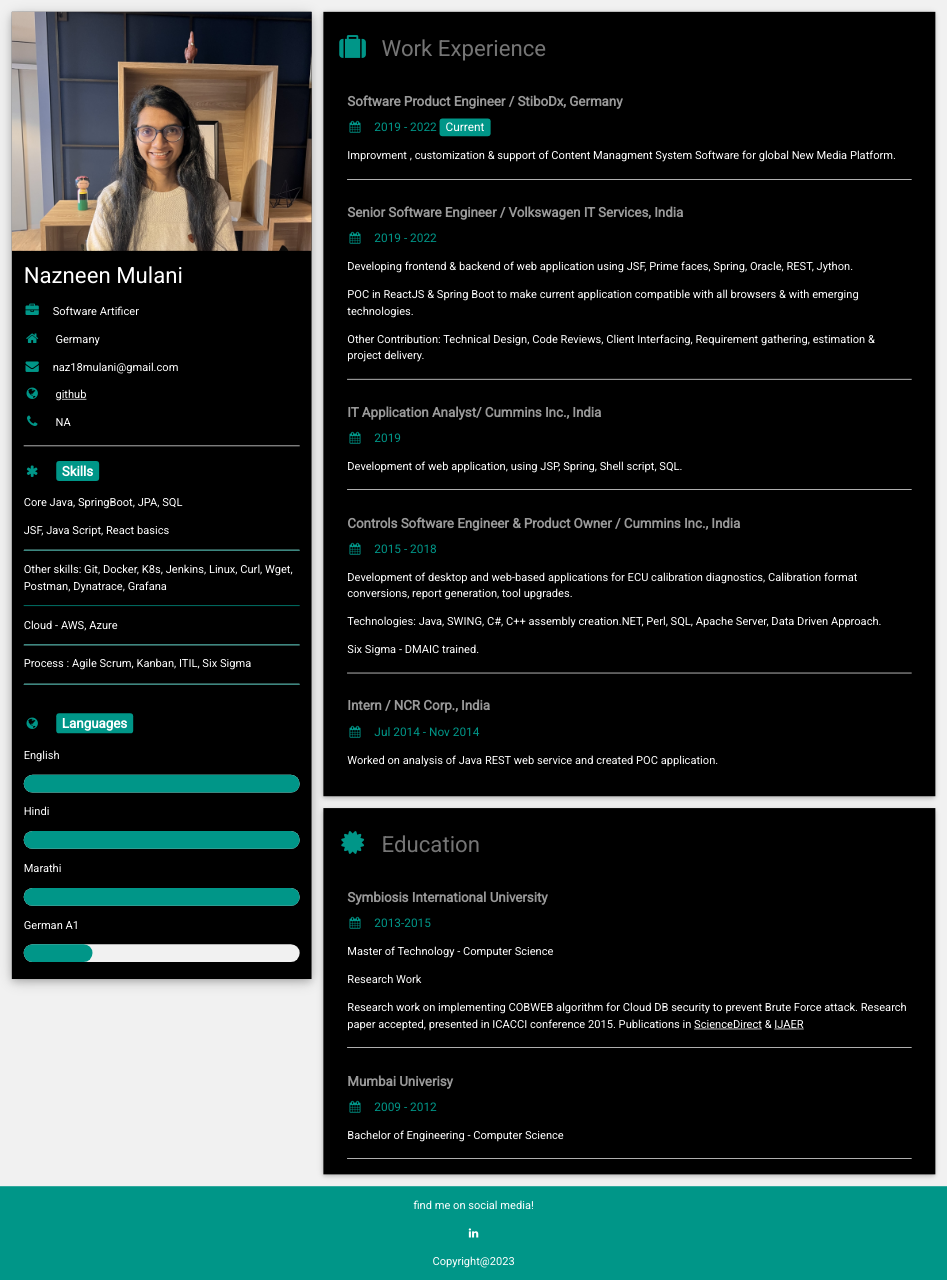
Repository: nazneenprojects/nazneen.github.io
Page: index.html
An editor plug-in stored every save of this project. The page is shown before and after the next save, followed by the edit.
The browser window is 1280 px wide. The pictures show the whole page, at 74% of full size.

Above is the page before, as saved 2023-07-09 11:46:13.

After the next save:
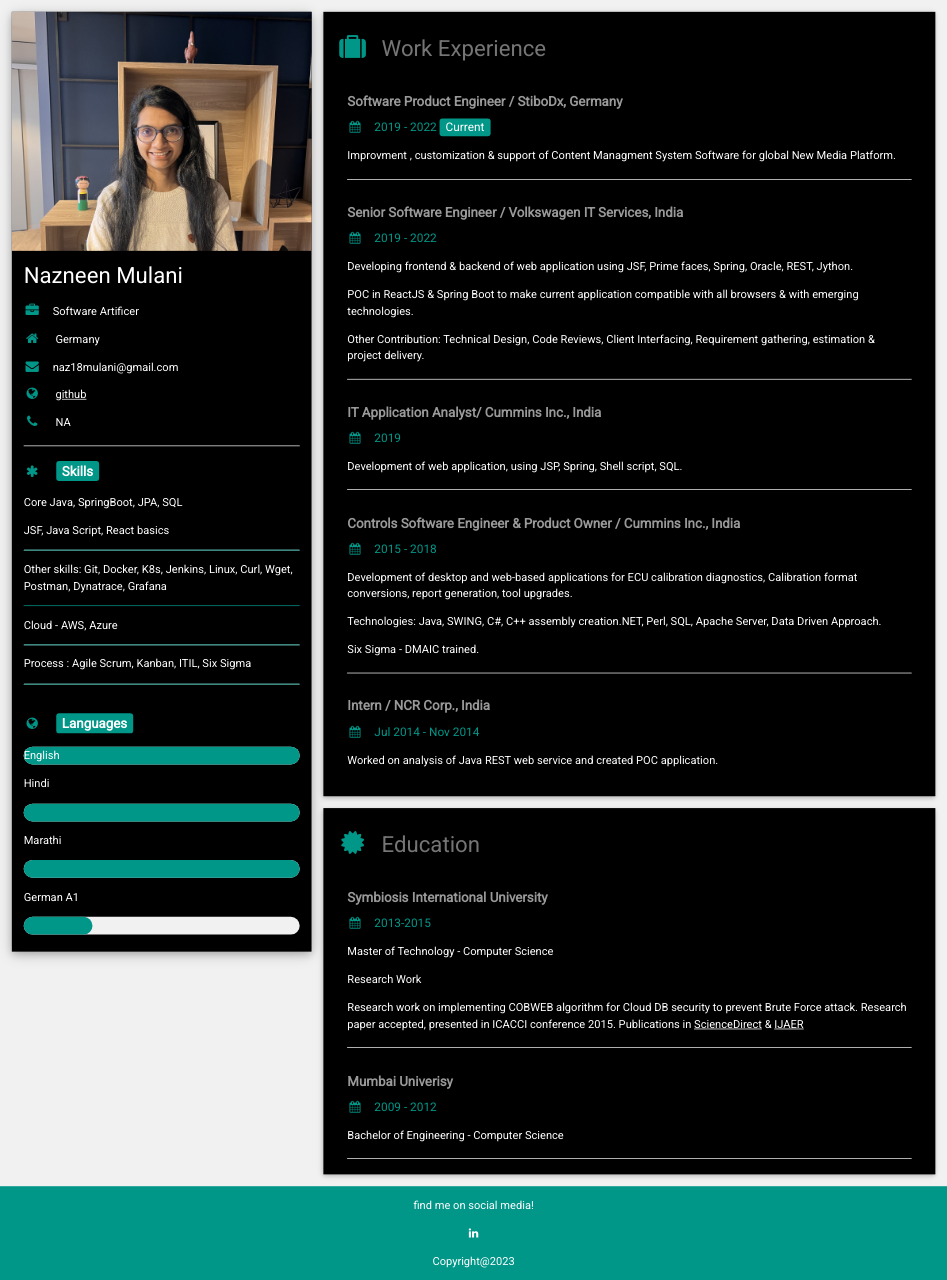
Saved 25 s later.
--- a/index.html
+++ b/index.html
@@ -63,9 +63,9 @@
           <br>
 
           <p class="w3-large w3-text-theme"><b><i class="fa fa-globe fa-fw w3-margin-right w3-text-teal"></i> <span class="w3-tag w3-teal w3-round">Languages</span></b></p>
-          <p>English</p>
+          <p></p>
           <div class="w3-light-grey w3-round-xlarge">
-            <div class="w3-round-xlarge w3-teal" style="height:24px;width:100%"></div>
+            <div class="w3-round-xlarge w3-teal" style="height:24px;width:100%">English</div>
           </div>
           <p>Hindi</p>
           <div class="w3-light-grey w3-round-xlarge">
